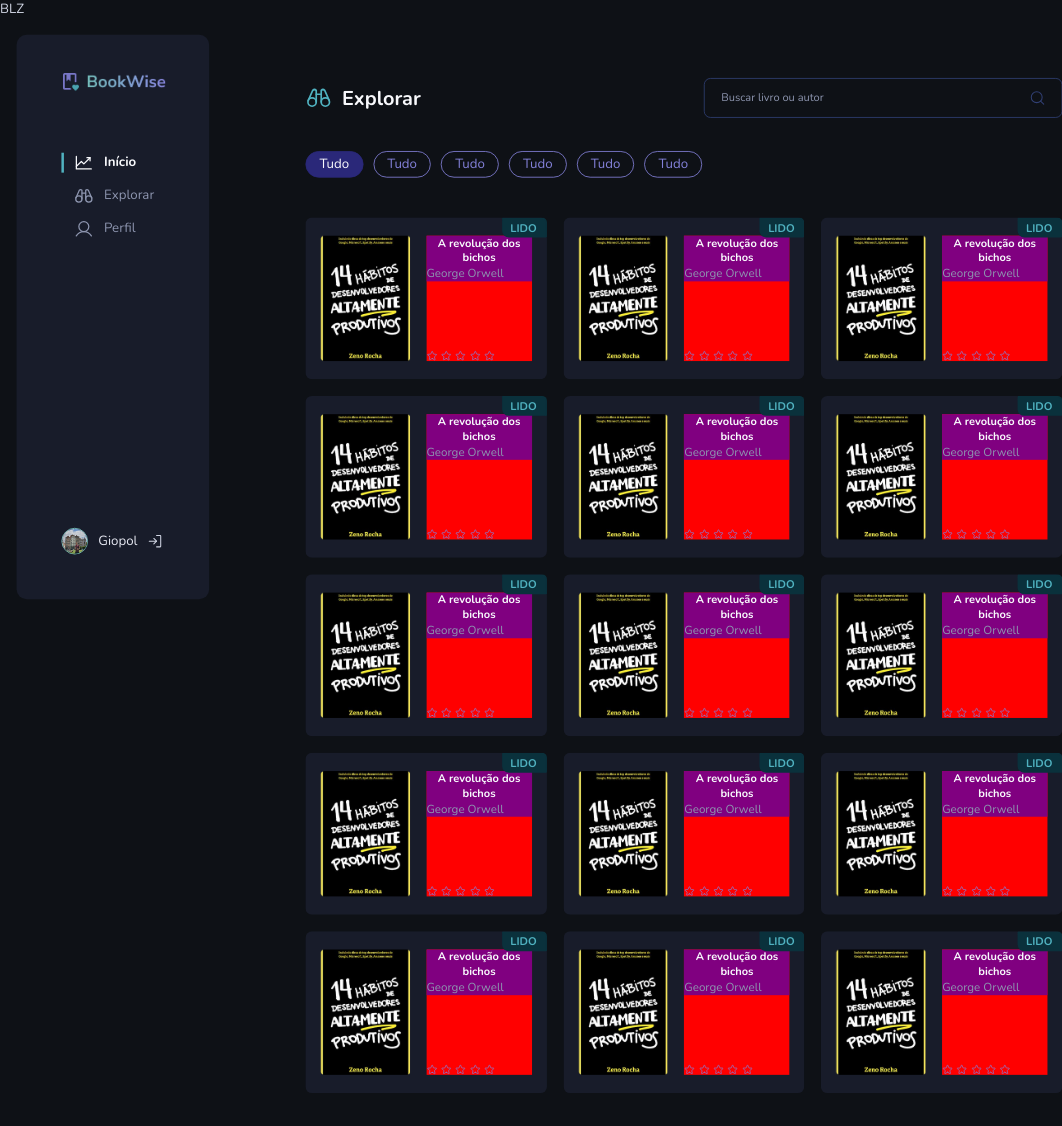
Repository: Giopol12/book-wise
Page: /explore/index.page
These files come from the project's save history. The page is drawn as it stood at one moment and after a run of saves; the edit follows.
The browser window is 1280 px wide. The pictures show the whole page, at 83% of full size.
The project was rebuilt for these pictures with package versions that can differ from the ones it lists, and the page was loaded fresh each time. The framework's server and built-in components were replaced by stand-ins that run in the browser. Also part of the build but not shown: next.config.js, src/components/StarAssessment/styles.ts, src/components/StarAssessment/index.tsx.

Above is the page before, as saved 2023-10-31 10:33:27.

After the next 2 saves:
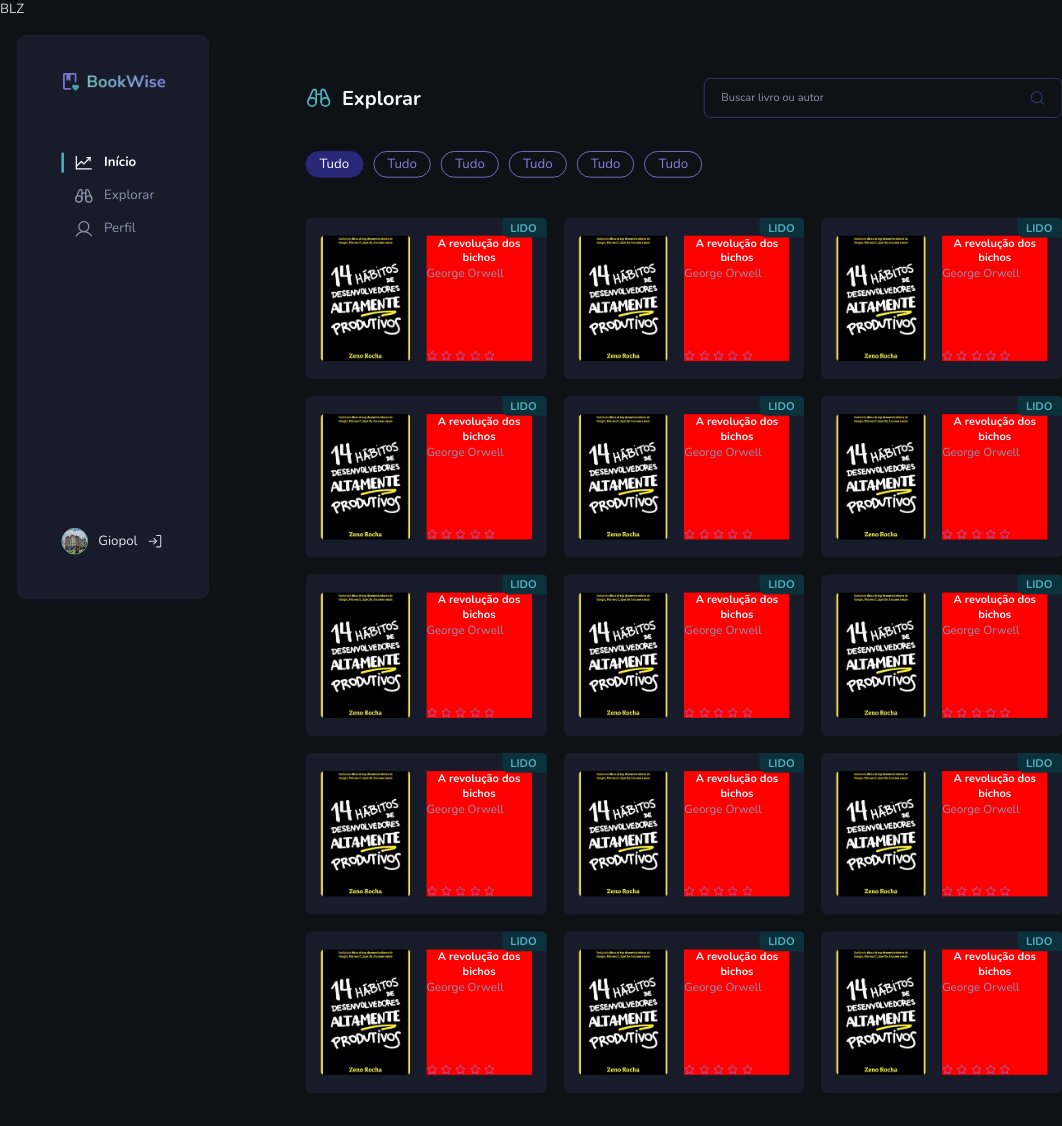
The 2 saves are shown as one change because they came seconds apart.
The last was saved 75 s later.
--- a/src/pages/explore/components/ExploreBookCard/styles.ts
+++ b/src/pages/explore/components/ExploreBookCard/styles.ts
@@ -28,7 +28,6 @@ export const DetailsContainer = styled('div', {
 })
 export const ExploreBookTitleContainer = styled('div', {
   display: 'flex',
-  background: 'Purple',
   flexDirection: 'column',
   justifyContent: 'flex-start',
   alignItems: 'flex-start',
